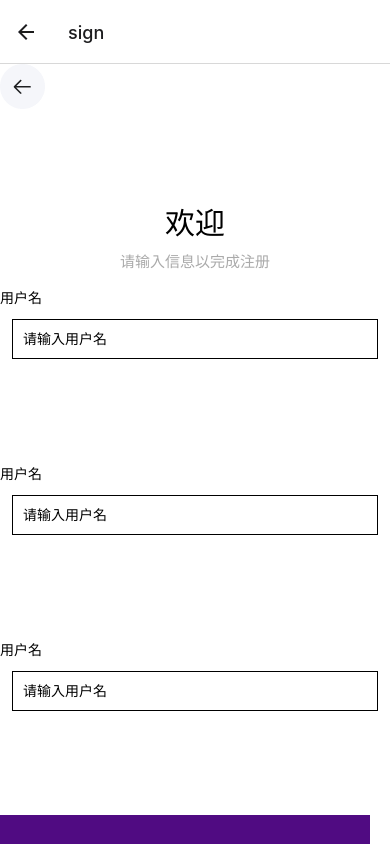
Repository: eyebone/barManager
Screen: /sign
The author's editor kept a copy of each file at every save. The screen is drawn from the files as they stood at one save, then again after the next save.
The app was drawn by React Native's web renderer in a window 390 px wide. The project was rebuilt for these pictures with package versions that can differ from the ones it lists, and the page was loaded fresh each time. Some packages were replaced by stand-ins written for this rebuild. Also part of the build but not shown: components/EmojiPicker.js, components/Button.js, components/ImageViewer.js, components/circleButton.js, components/IconButton.js, view/ViewOne.js.

Above is the screen before, as saved 2023-06-26 10:13:06.

After the next save:
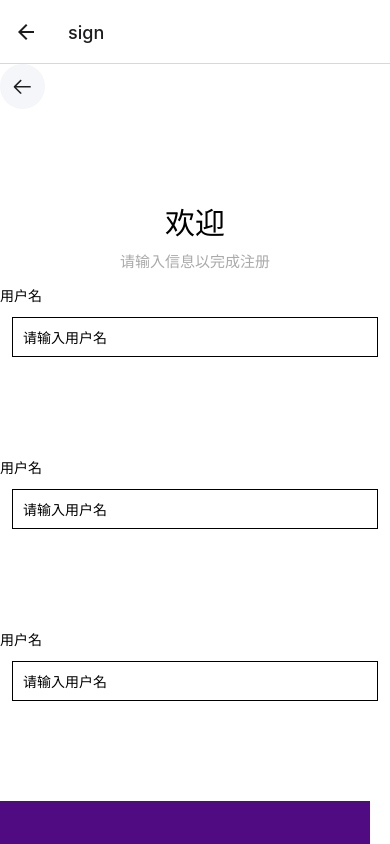
Saved 13 s later.
--- a/view/Sign.js
+++ b/view/Sign.js
@@ -51,9 +51,7 @@ export function SignView() {
           //          onChangeText={onChange}
         />
       </View>
-      <View style={styles.footerContainer}>
-
-      </View>
+      <View style={styles.footerContainer}></View>
     </View>
   );
 }
@@ -86,7 +84,7 @@ const styles = StyleSheet.create({
     paddingTop: 58,
   },
   footerContainer: {
-    flex: 1 / 3,
+    flex: 1 / 2,
     alignItems: "center",
     backgroundColor: "#500B82",
     width: 370,
